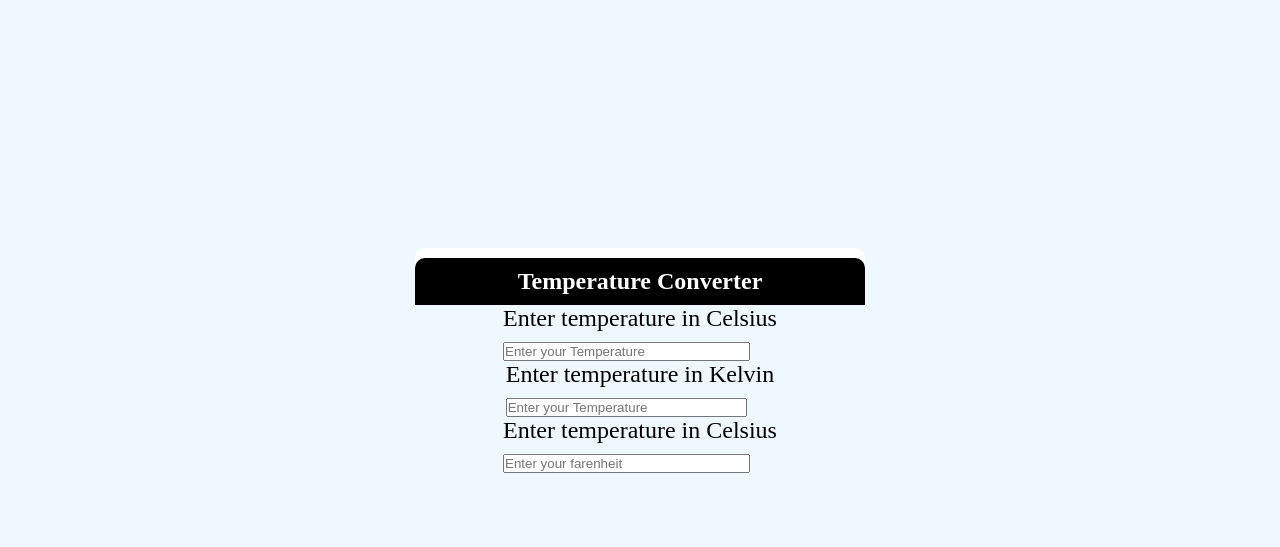
Repository: JunaidAnsari202/Temperature-Converter
Page: index.html
The author's editor kept a copy of each file at every save. The page is drawn from the files as they stood at one save, then again after a run of saves.
The browser window is 1280 px wide. The pictures show the whole page.

Above is the page before, as saved 2024-10-16 13:35:55.
Not found: script,js

After the next 8 saves:
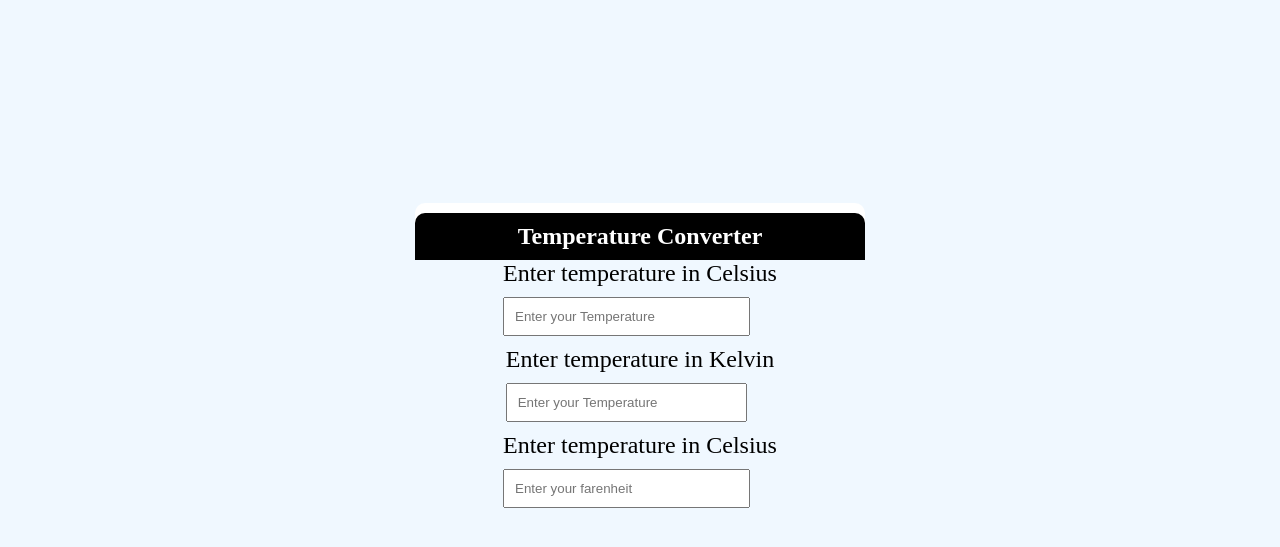
The 8 saves are shown as one change because they came seconds apart.
The last was saved 53 s later.
--- a/style.css
+++ b/style.css
@@ -40,5 +40,7 @@ label{
 
 input{
     width: 90%;
+    padding: 10px;
+    margin-bottom: 10px;
 
 }
